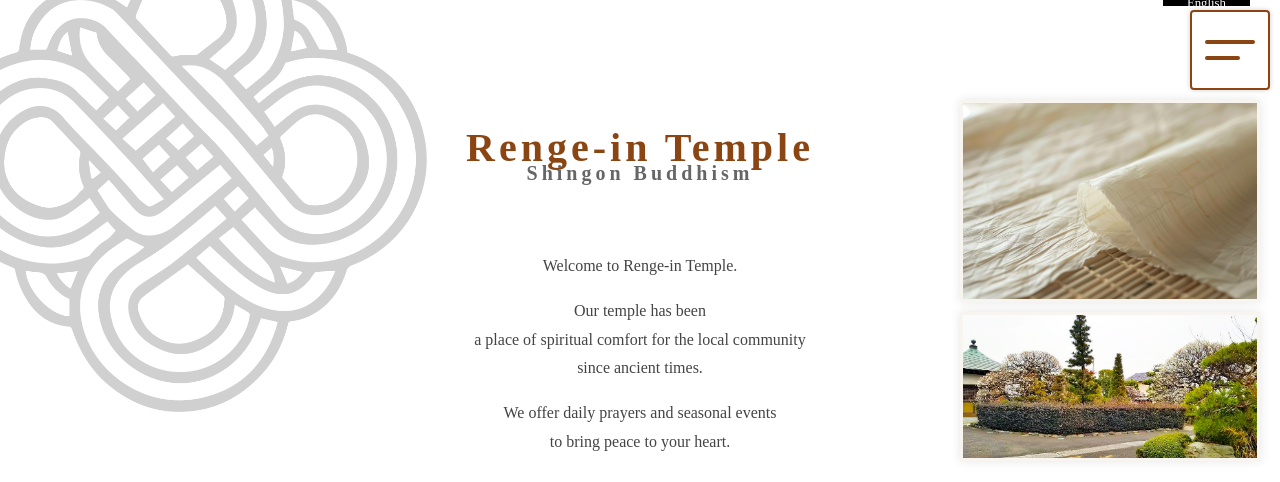
Repository: owl-onoueip/rengein-website
Page: index_en.html
An editor plug-in stored every save of this project. The page is shown before and after the next save, followed by the edit.
The browser window is 1280 px wide. The pictures show the part of the page from y = 0 to 482 px (the page is 3714 px tall before and 3695 px after).
A picture or video elsewhere on the page could not be fetched, so the positions and the page height are approximate. Some web fonts or font styles are not loaded; a fallback is used.

Above is the page before, as saved 2025-03-09 16:00:15.

After the next save:
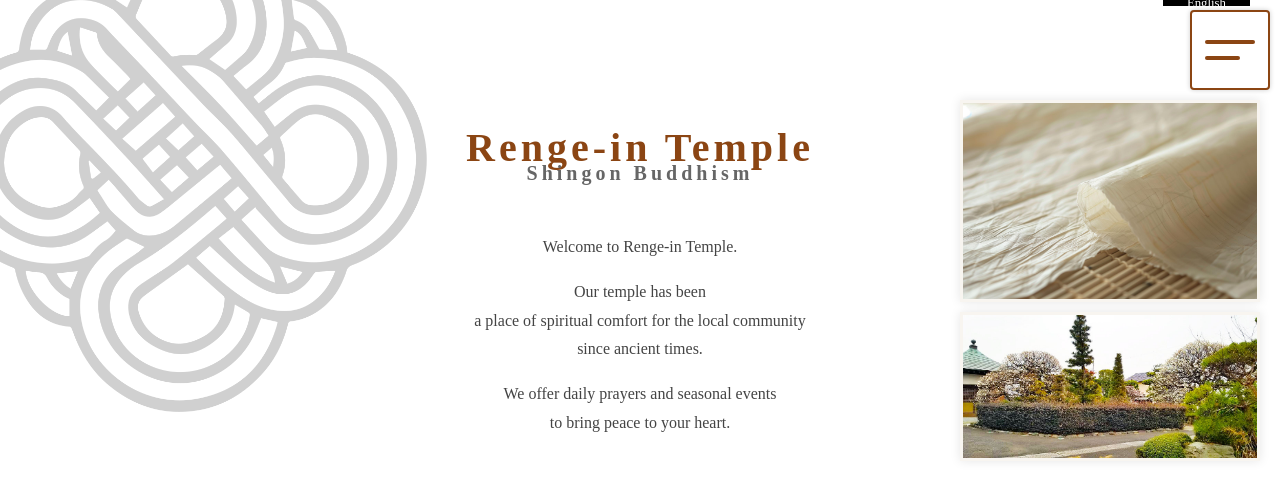
Saved 20 s later.
--- a/index_en.html
+++ b/index_en.html
@@ -16,11 +16,14 @@
 			text-align: center;
 			margin: 20px 0;
 			letter-spacing: 0.1em;
+			position: relative;
+			padding-bottom: 15px;
 		}
 
 		.text-logo a {
 			color: #8b4513;
 			text-decoration: none;
+			display: inline-block;
 		}
 
 		.text-logo .small {
@@ -36,6 +39,7 @@
 			display: block;
 			margin-top: 10px;
 			font-size: 0.6em;
+			line-height: 1.5;
 		}
 
 		/* メニューボタンのスタイル */
@@ -91,6 +95,13 @@
 
 		#menubar_hdr:hover .menu-icon span:nth-child(2) {
 			width: 100% !important;
+		}
+
+		/* ヘッダーメッセージのスタイル調整 */
+		header .message {
+			margin-top: 30px;
+			position: relative;
+			z-index: 1;
 		}
 	</style>
 </head>
